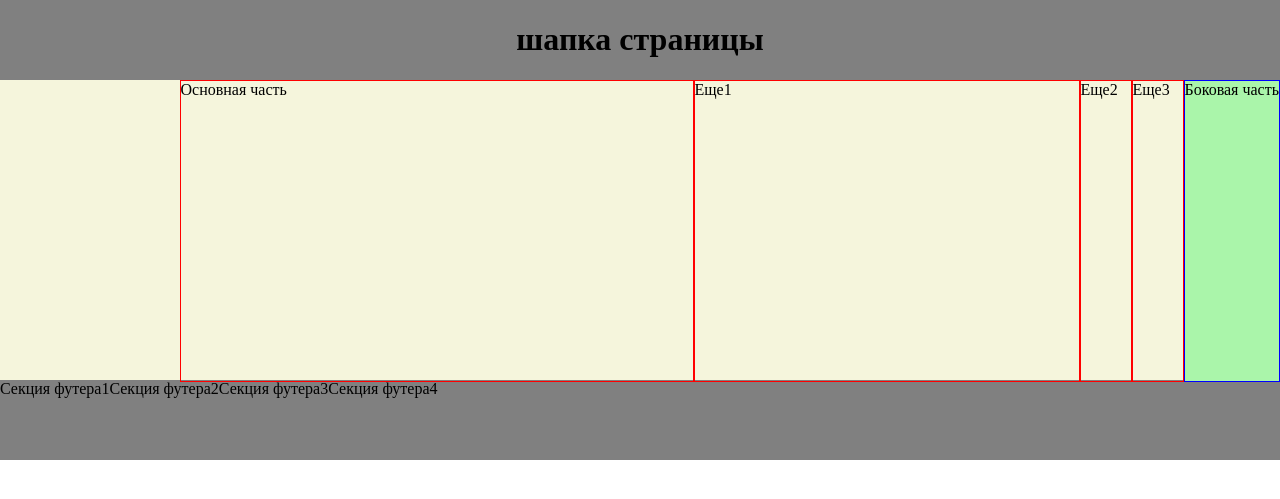
Repository: IrinaGetmanenko/week5
Page: week5/index.html
These files come from the project's save history. The page is drawn as it stood at one moment and after the next save; the edit follows.
The browser window is 1280 px wide. The pictures show the whole page.

Above is the page before, as saved 2022-08-28 13:29:46.

After the next save:
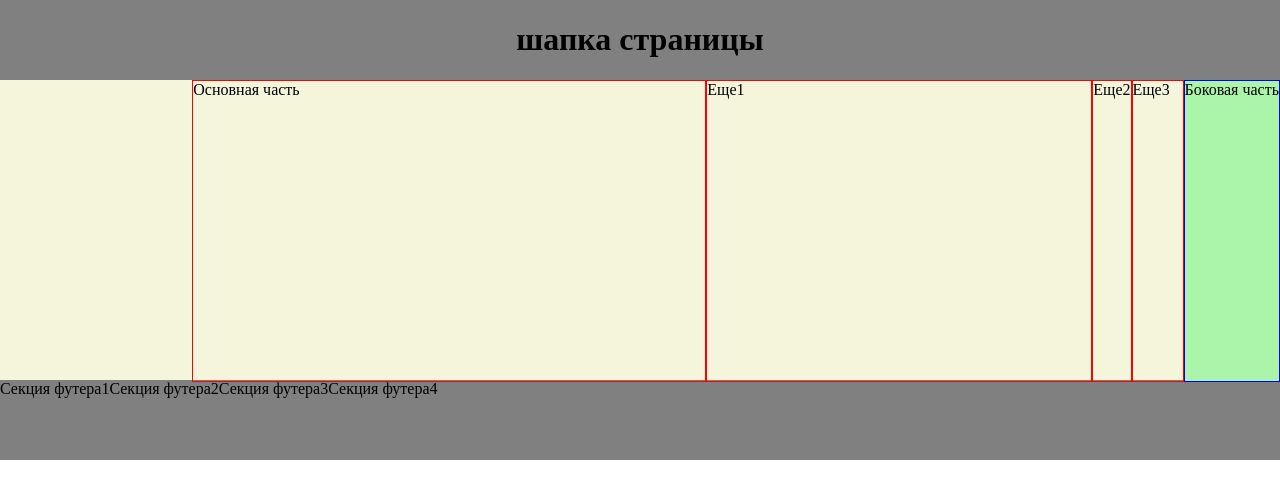
Saved 11 s later.
--- a/week5/index.html
+++ b/week5/index.html
@@ -33,7 +33,7 @@
         }
 
         .main2{
-            flex-basis: 50px;
+
             border: 1px solid red;
 
 
